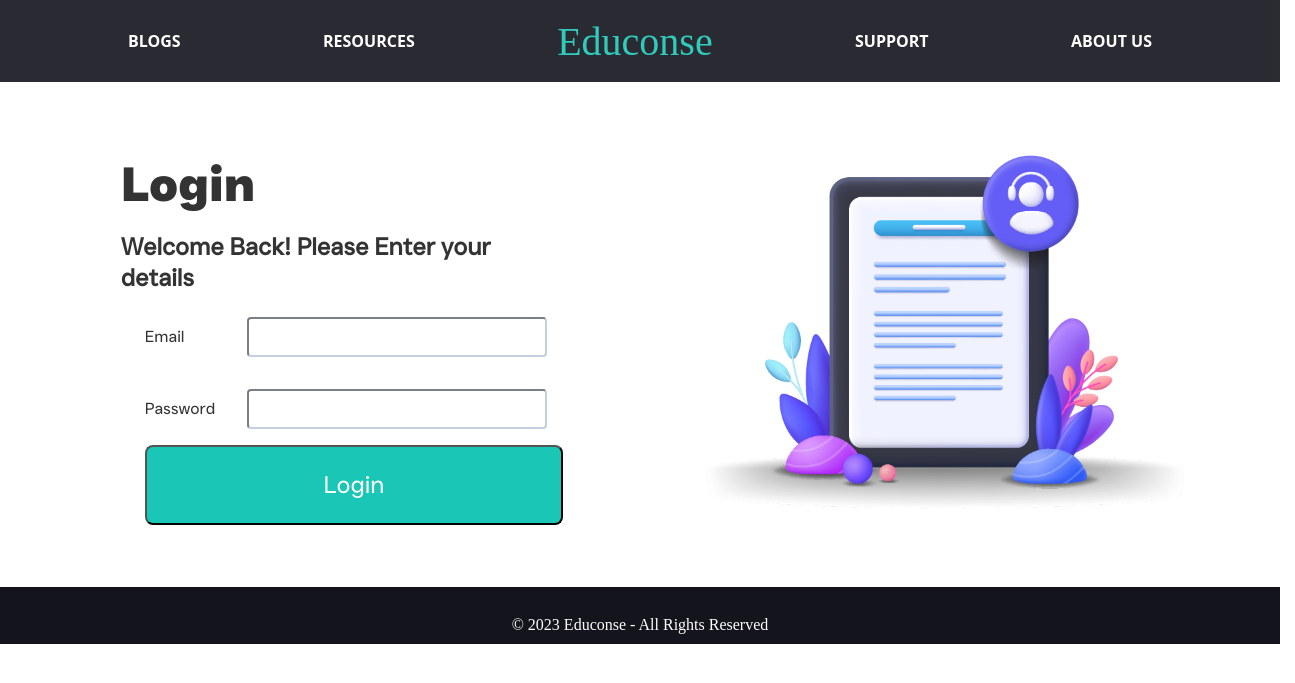
Repository: devajay07/educonse
Page: pages/login.html
The author's editor kept a copy of each file at every save. The page is drawn from the files as they stood at one save, then again after the next save.
The browser window is 1280 px wide. The page is 1295 px wide, then 1287 px, so the pictures cover 1295 px, including what lies to the right of the window. The pictures show the whole page.

Above is the page before, as saved 2023-10-15 02:42:28.

### pages/login.html
<!DOCTYPE html>
<html lang="en">

<head>
  <meta charset="UTF-8" />
  <meta name="viewport" content="width=device-width, initial-scale=1.0" />
  <title>Document</title>

  <script src="https://code.jquery.com/jquery-3.7.0.js"></script>
  <link rel="stylesheet" href="/css/header.css" />
  <link rel="stylesheet" href="/css/login.css" />
</head>

<body>
  <header id="header"></header>
  <main>
    <div class="login-panel">
      <div class="left-section">
        <div class="top">
          <h1 class="heading">Login</h1>
          <h2 class="sub-heading">Welcome Back! Please Enter your details</h2>
        </div>
        <div class="input-form" id="input-form">
          <div class="email">
            <label for="email-input">Email</label>
            <input type="email" name="email-input" id="email-input" />
          </div>
          <div class="password">
            <label for="password-input">Password</label>
            <input type="password" id="password-input">
          </div>
          <input type="button" value="Login" id="submit">
        </div>

      </div>
      <div class="right-section">

        <img src="/images/login1.png" alt="Login Image" id="login-img">
      </div>
    </div>
  </main>
  <footer>
    <div class="footer-2">&copy; 2023 Educonse - All Rights Reserved</div>
  </footer>
  <script>
    $(document).ready(function () {
      $("#header").load("/pages/header.html");
    });
  </script>
</body>

</html>

### css/header.css
@import url("https://cdnjs.cloudflare.com/ajax/libs/font-awesome/6.4.2/css/all.min.css");
* {
  padding: 0;
  margin: 0;
  box-sizing: border-box;
}
@font-face {
  font-family: "brand-bold";
  src: url("/fonts/brand-bold.otf") format("opentype");
  font-weight: normal;
  font-style: normal;
}
@font-face {
  font-family: "brand-reg";
  src: url("/fonts/brand-regular.otf") format("opentype");
  font-weight: normal;
  font-style: normal;
}

:root {
  --brand-color: hsla(291, 60%, 34%, 1);
  --hookers-green: hsla(174, 17%, 46%, 1);
  --white: hsla(0, 0%, 100%, 1);
  --poppy: hsla(356, 74%, 52%, 1);
  --black: hsla(60, 1%, 14%, 1);
  --beige: #f5f5dc;

  --brand-bold: "brand-bold", sans-serif;
  --brand-reg: "brand-reg", sans-serif;
  --universal-margin: 1rem 8rem;
  --section-margin: 1rem;
  --footer-bg: rgb(20, 21, 28);
}

body {
  background-color: white;
  color: #333; /* A light version of black */
}

.nav-container {
  display: flex;
  align-items: center;
  justify-content: space-between;
  width: 100%;
  margin: var(--universal-margin);
  height: 50px;
}
.nav-container .nav-item {
  font-family: system-ui, -apple-system, BlinkMacSystemFont, "Segoe UI", Roboto,
    Oxygen, Ubuntu, Cantarell, "Open Sans", "Helvetica Neue", sans-serif;
  color: var(--white);
  font-weight: bolder;
}

nav {
  display: flex;
  justify-content: space-between;
  align-items: center;
  background-color: var(--footer-bg);
  opacity: 0.9;
  color: white;
}

nav .brand {
  font-size: 40px;
  color: var(--brand-color);
  font-family: var(--brand-font);
}

nav a {
  text-decoration: none;
  color: white;
}

footer {
  display: flex;
  flex-direction: column;
}
.footer-1 {
  display: flex;
  justify-content: space-evenly;
}
.footer-1 .customer-service > div {
  padding: 0.2rem;
}
.footer-1 h1 {
  font-size: 1.2rem;
  font-family: var(--brand-font);
  margin-bottom: 0.5rem;
}
.footer-1 p {
  font-size: 0.8rem;
  opacity: 0.6;
  color: #f0e8e8;
  padding: 0.3rem;
  font-family: var(--brand-reg);
}
.footer-1 .heading{
  padding-bottom: 1rem;
  font-family: var(--brand-bold);
}


.footer-1 span {
  font-size: 0.8rem;
  margin: 0.4rem;
}

.footer-1 a {
  color: #f0f0ea;
  text-decoration: none;
}
.footer-1 .reach-us {
  display: flex;
  align-items: center;
  flex-direction: column;
}

.reach-us iframe{
  border-radius: 8px;
}

.footer-2{
  padding-top: 1.2rem;
}

.text {
  color: white;
  font-size: 20px;
  position: absolute;
  top: 50%;
  left: 50%;
  transform: translate(-50%, -50%);
  -ms-transform: translate(-50%, -50%);
  white-space: nowrap;
}

@charset "UTF-8";

.svg-inline--fa {
  vertical-align: -0.2em;
}

.rounded-social-buttons {
  text-align: center;
}

.rounded-social-buttons .social-button {
  display: inline-block;
  position: relative;
  cursor: pointer;
  width: 3.125rem;
  height: 3.125rem;
  border: 0.125rem solid transparent;
  padding: 0;
  text-decoration: none;
  text-align: center;
  color: #fefefe;
  font-size: 1.5625rem;
  font-weight: normal;
  line-height: 2em;
  border-radius: 1.6875rem;
  transition: all 0.5s ease;
  margin-right: 0.25rem;
  margin-bottom: 0.25rem;
}

.rounded-social-buttons .social-button:hover,
.rounded-social-buttons .social-button:focus {
  -webkit-transform: rotate(360deg);
  -ms-transform: rotate(360deg);
  transform: rotate(360deg);
}

.rounded-social-buttons .fa-twitter,
.fa-facebook-f,
.fa-linkedin,
.fa-youtube,
.fa-instagram {
  font-size: 25px;
}

.rounded-social-buttons .social-button.facebook {
  background: #3b5998;
}

.rounded-social-buttons .social-button.facebook:hover,
.rounded-social-buttons .social-button.facebook:focus {
  color: #3b5998;
  background: #fefefe;
  border-color: #3b5998;
}

.rounded-social-buttons .social-button.twitter {
  background: #55acee;
}

.rounded-social-buttons .social-button.twitter:hover,
.rounded-social-buttons .social-button.twitter:focus {
  color: #55acee;
  background: #fefefe;
  border-color: #55acee;
}

.rounded-social-buttons .social-button.linkedin {
  background: #007bb5;
}

.rounded-social-buttons .social-button.linkedin:hover,
.rounded-social-buttons .social-button.linkedin:focus {
  color: #007bb5;
  background: #fefefe;
  border-color: #007bb5;
}

.rounded-social-buttons .social-button.youtube {
  background: #bb0000;
}

.rounded-social-buttons .social-button.youtube:hover,
.rounded-social-buttons .social-button.youtube:focus {
  color: #bb0000;
  background: #fefefe;
  border-color: #bb0000;
}

.rounded-social-buttons .social-button.instagram {
  background: #125688;
}

.rounded-social-buttons .social-button.instagram:hover,
.rounded-social-buttons .social-button.instagram:focus {
  color: #125688;
  background: #fefefe;
  border-color: #125688;
}

footer {
  background-color: var(--footer-bg);
  color: white;
  text-align: center;
  padding: 10px 0;
}

### css/login.css
@import url("/css/global.css");
main .login-panel{
  display: flex;
  justify-content: center;
  background-color: var(--white);
  font-family: var(--brand-reg);
}

.left-section{
  width: 800px;
  display: flex;
  flex-direction: column;
  justify-content: center;
  font-family: var(--brand-reg );
  padding: 2rem;
  padding-left: 8rem;
}

.input-form{
  display: flex;
  flex-direction: column;
  font-family: var(--brand-reg);
  padding-left: 2rem;

}
.input>div{
  font-size: 1.3rem;
  margin:0.5rem;
}
label{
  padding-right: 1rem;
}

input[type=password],input[type=email]{
  float: right;
  width:300px;
  height: 40px;
  border-radius:4px;
  margin: 1rem;
  border-color: rgb(195, 208, 219);
}

#submit{
  height:80px;
  background-color:var(--brand-color);
  color:var(--white);
  font-family: var(--brand-reg);
  font-size: 1.5rem;
  border-radius:8px;

}
.heading{
  font-family: var(--brand-bold);
  font-size: 3rem;
  padding: 0.5rem;
}

.sub-heading{
  font-family: var(--brand-reg);
  font-size: 1.5rem;
  padding: 0.5rem;

}

.email,.password{
  width: 100%;
  display: flex;
  justify-content: space-between;
  align-items:center;
}


#login-img{
  width: 700px;
  height:500px;
  object-fit: contain;
}

### css/global.css
@import url("https://cdnjs.cloudflare.com/ajax/libs/font-awesome/6.4.2/css/all.min.css");
* {
  padding: 0;
  margin: 0;
  box-sizing: border-box;
}
@font-face {
  font-family: "brand-bold";
  src: url("/fonts/brand-bold.otf") format("opentype");
  font-weight: normal;
  font-style: normal;
}
@font-face {
  font-family: "brand-reg";
  src: url("/fonts/brand-regular.otf") format("opentype");
  font-weight: normal;
  font-style: normal;
}

:root {
  --brand-color: rgb(26, 198, 181);
  --hookers-green: hsla(174, 17%, 46%, 1);
  --white: hsla(0, 0%, 100%, 1);
  --poppy: hsla(356, 74%, 52%, 1);
  --black: hsla(60, 1%, 14%, 1);
  --beige: #f5f5dc;

  --brand-bold: "brand-bold", sans-serif;
  --brand-reg: "brand-reg", sans-serif;
  --universal-margin: 1rem 8rem;
  --section-margin: 1rem;
  --footer-bg: rgb(20, 21, 28);
}

### pages/header.html
<nav>
  <div class="nav-container">
    <div class="nav-item">BLOGS</div>
    <div class="nav-item">RESOURCES</div>
    <div class="brand">Educonse</div>
    <div class="nav-item">SUPPORT</div>
    <div class="nav-item">ABOUT US</div>
  </div>
</nav>

After the next save:
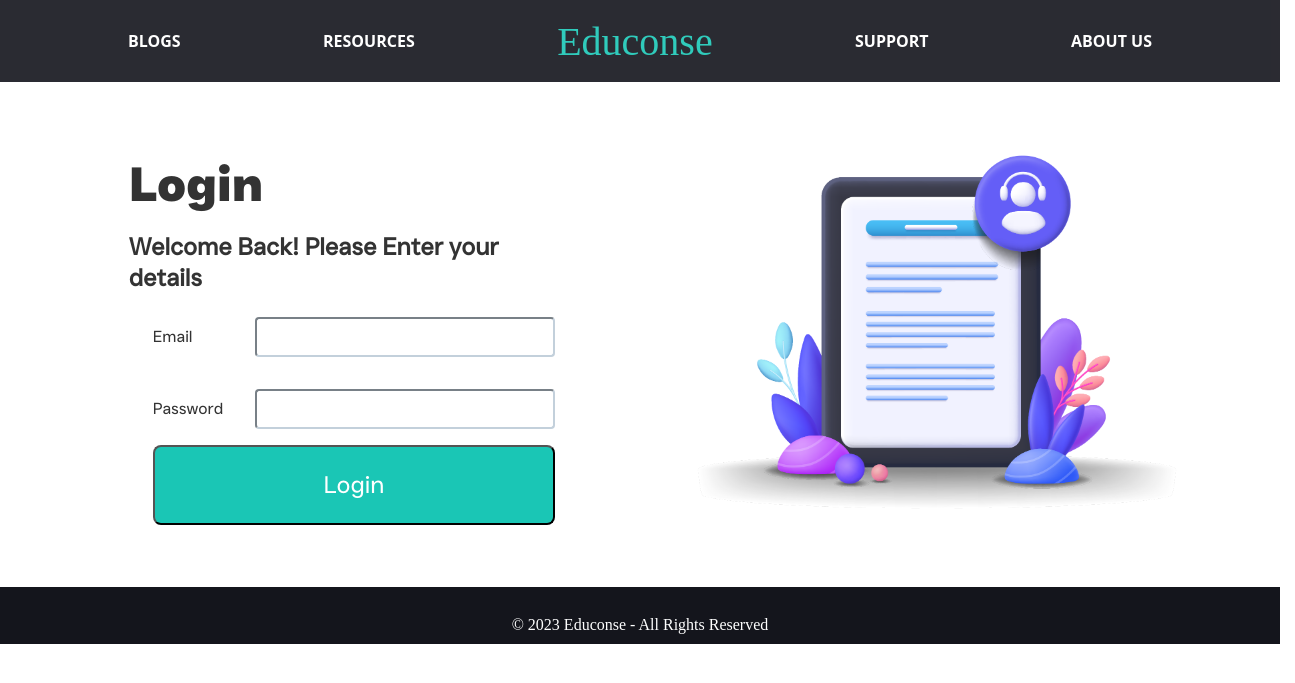
Saved 29 s later.
--- a/css/login.css
+++ b/css/login.css
@@ -38,6 +38,7 @@ input[type=password],input[type=email]{
   border-radius:4px;
   margin: 1rem;
   border-color: rgb(195, 208, 219);
+  margin-right:0;
 }
 
 #submit{
